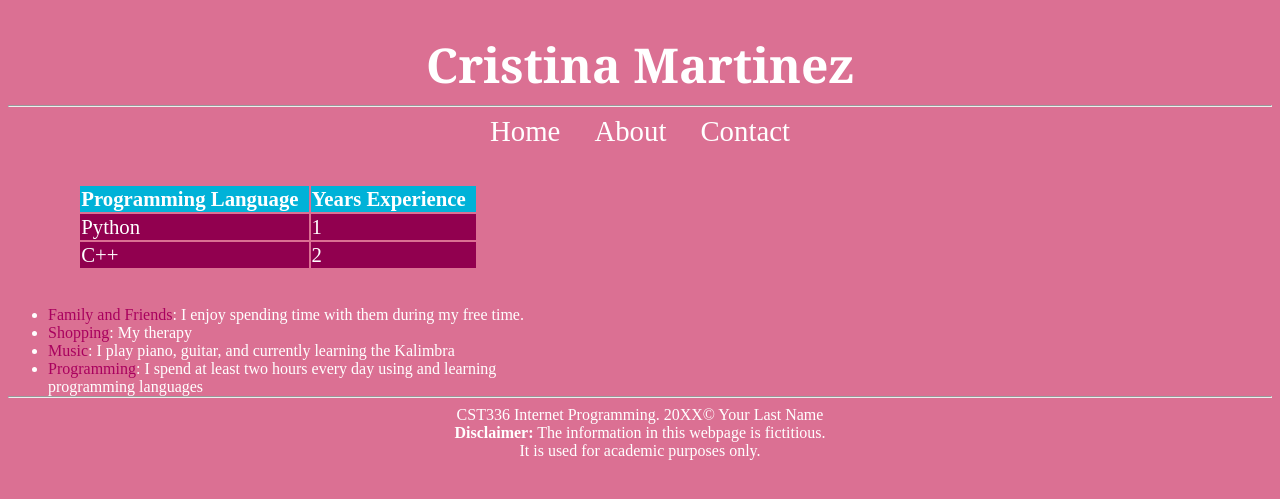
Repository: ctm93/Website1
Page: about.html
The author's editor kept a record of every edit. The page is drawn from the files as they stood at one moment, then again after the next edit.
The browser window is 1280 px wide. The pictures show the whole page.

Above is the page before.

After the next edit:
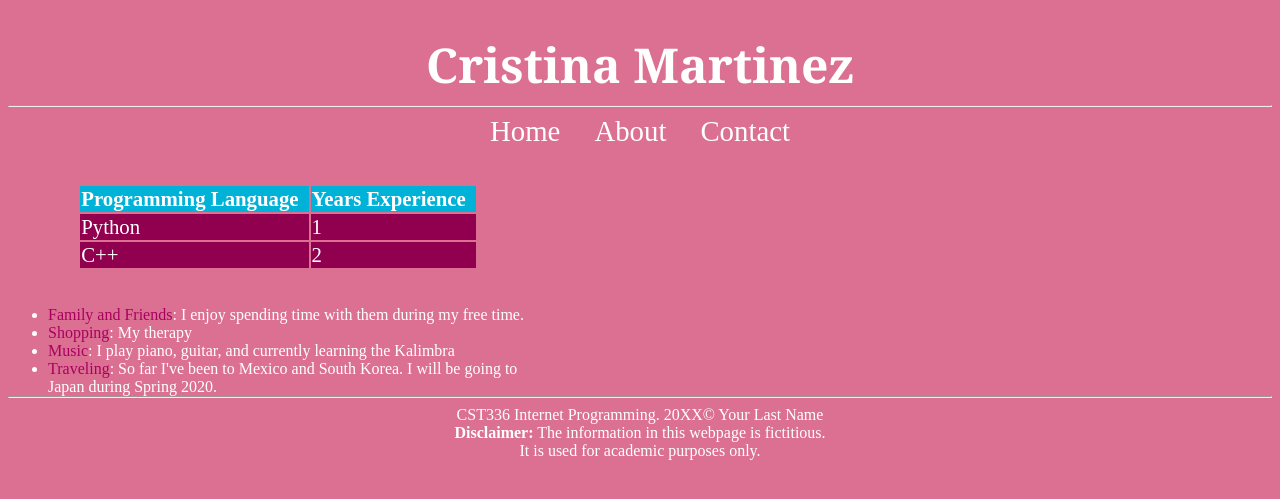
The edit:
--- a/about.html
+++ b/about.html
@@ -40,7 +40,7 @@
                 <li><span class="hobby">Family and Friends</span>: I enjoy spending time with them during my free time.</li>
                 <li><span class="hobby">Shopping</span>: My therapy</li>
                 <li><span class="hobby">Music</span>: I play piano, guitar, and currently learning the Kalimbra</li>
-                <li><span class="hobby">Programming</span>: I spend at least two hours every day using and learning programming languages </li>
+                <li><span class="hobby">Traveling</span>: So far I've been to Mexico and South Korea. I will be going to Japan during Spring 2020. </li>
             </ul>
 
         </div><br><br>
